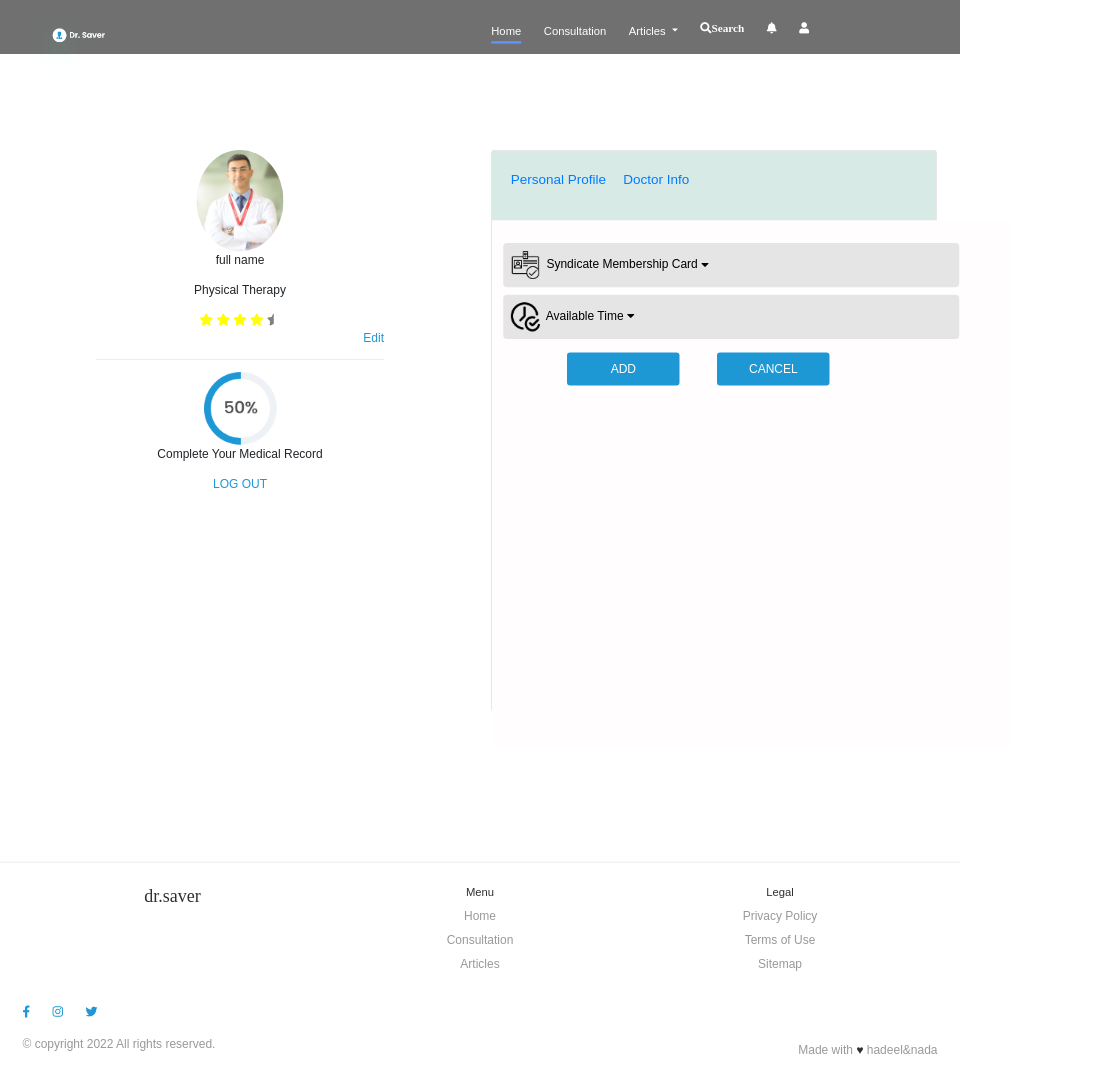
Repository: nsra/hadeel_doctor_system
Page: doctor/Dprofile.html
The author's editor kept a copy of each file at every save. The page is drawn from the files as they stood at one save, then again after the next save.
The browser window is 1280 px wide. The page is 1361 px wide, then 1479 px, then 1361 px, so the pictures cover 1479 px, including what lies to the right of the window. The pictures show the whole page, at 75% of full size.
Some web fonts or font styles are not loaded; a fallback is used. Some web libraries are served in a nearby version.

Above is the page before, as saved 2022-04-09 20:45:13.

After the next save:
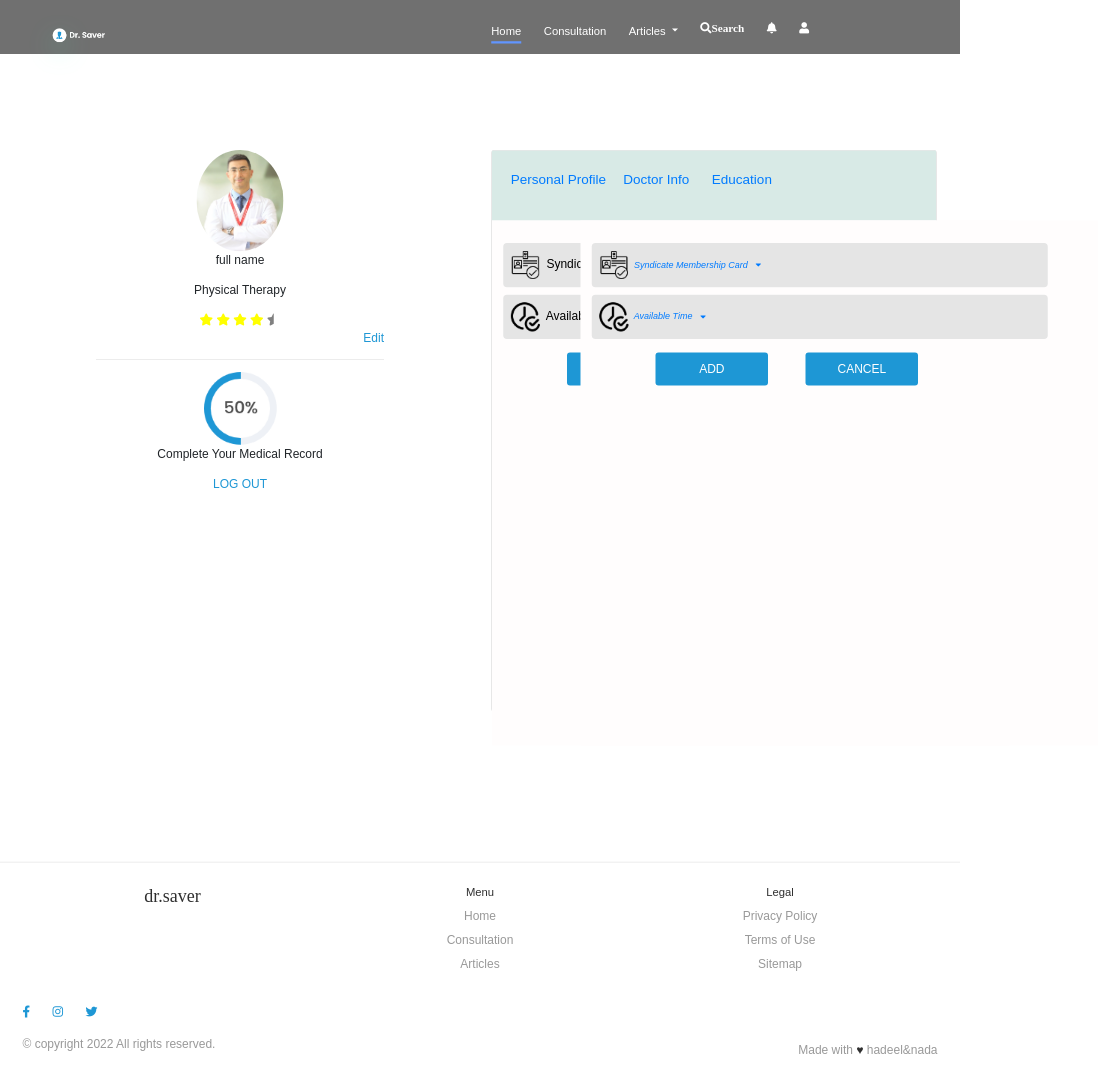
Saved 13 s later.
--- a/doctor/Dprofile.html
+++ b/doctor/Dprofile.html
@@ -152,7 +152,7 @@
 
                                 </li>
 
-                                <li class="item  "onclick="displayShow()"hidden > <a href="#"> Education  <i class="">
+                                <li class="item  "onclick="displayShow()"  > <a href="#"> Education  <i class="">
                                   <ul class="dropdown" id="m">
 
                                     <li class="dropdown-btn"> <img src="../assets/img/PHOTO-12.png" alt="" >   Syndicate Membership Card

After the save that followed:
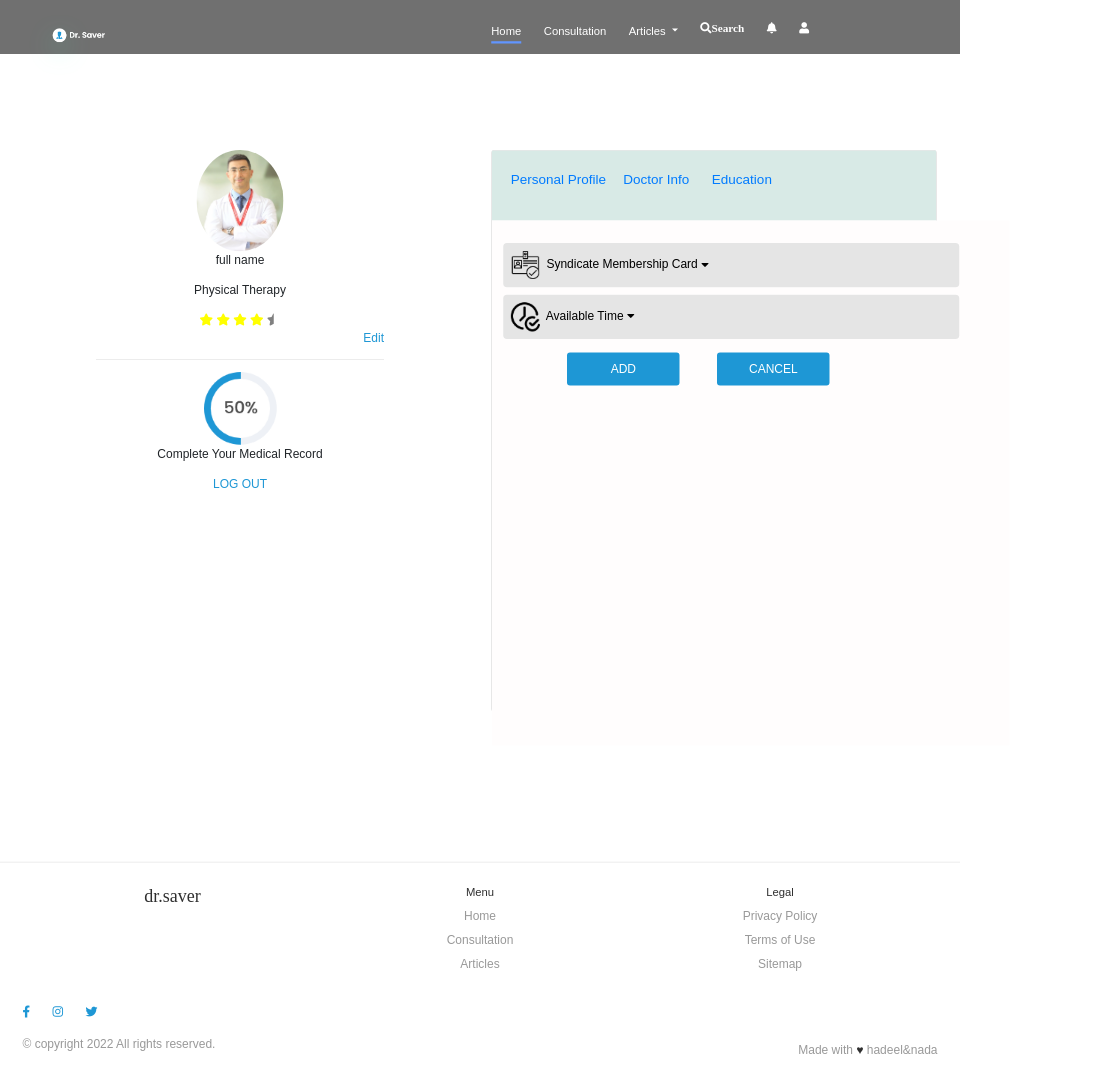
Saved 10 s later.
--- a/doctor/Dprofile.html
+++ b/doctor/Dprofile.html
@@ -153,7 +153,7 @@
                                 </li>
 
                                 <li class="item  "onclick="displayShow()"  > <a href="#"> Education  <i class="">
-                                  <ul class="dropdown" id="m">
+                                  <ul class="dropdown" id="m" hidden>
 
                                     <li class="dropdown-btn"> <img src="../assets/img/PHOTO-12.png" alt="" >   Syndicate Membership Card
                                        <i class="fa fa-caret-down"></i>
